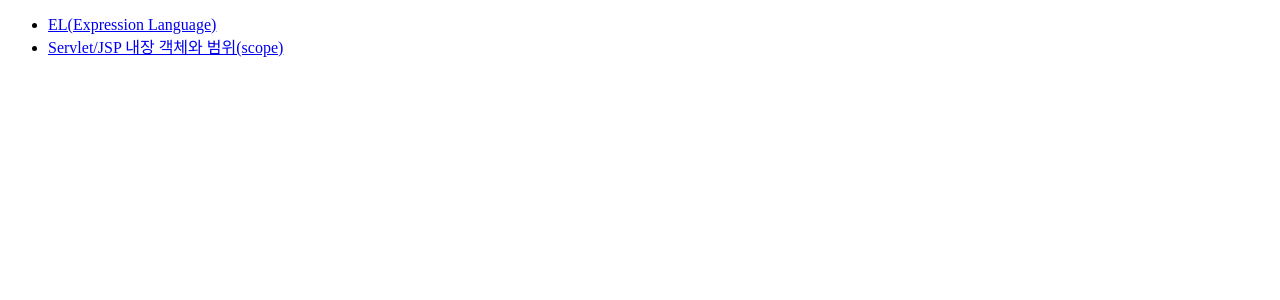
Repository: ahnjaeyoun/6_Server
Page: JSPProject2/src/main/webapp/index.html
An editor plug-in stored every save of this project. The page is shown before and after the next save, followed by the edit.
The browser window is 1280 px wide. The pictures show the whole page.

Above is the page before, as saved 2023-09-19 02:48:53.

### JSPProject2/src/main/webapp/index.html
<!DOCTYPE html>
<html lang="en">
<head>
    <meta charset="UTF-8">
    <meta name="viewport" content="width=device-width, initial-scale=1.0">
    <title>JSP 전용 언어/태그/객체</title>
</head>
<body>
    <ul>
        <!-- 절대 경로 (최상위 주소 (/) 기준으로 작성) -->
        <li><a href="/elTest">EL(Expression Language)</a></li>

        <!-- 상대 경로  (현재 주소(위치)를 기준으로 작성 -->
        <li><a href="scope">Servlet/JSP 내장 객체와 범위(scope)</a></li>
    </ul>
</body>
</html>

After the next save:
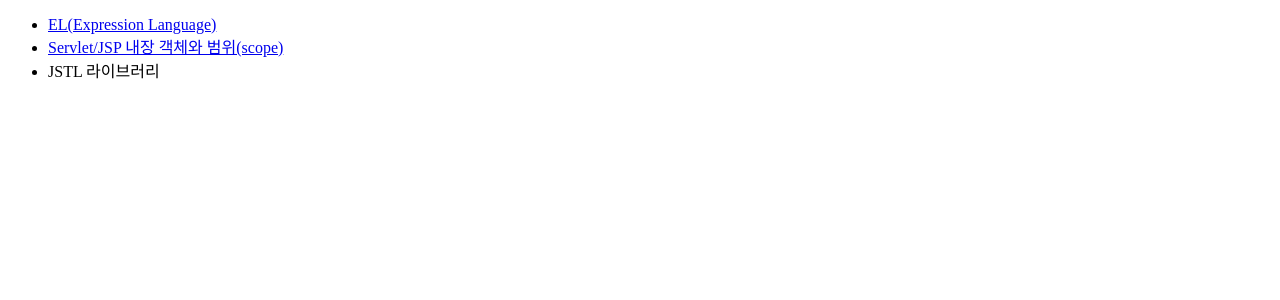
Saved 16 min 27 s later.
--- a/JSPProject2/src/main/webapp/index.html
+++ b/JSPProject2/src/main/webapp/index.html
@@ -12,6 +12,8 @@
 
         <!-- 상대 경로  (현재 주소(위치)를 기준으로 작성 -->
         <li><a href="scope">Servlet/JSP 내장 객체와 범위(scope)</a></li>
+
+        <li><a>JSTL 라이브러리</a></li>
     </ul>
 </body>
 </html>
